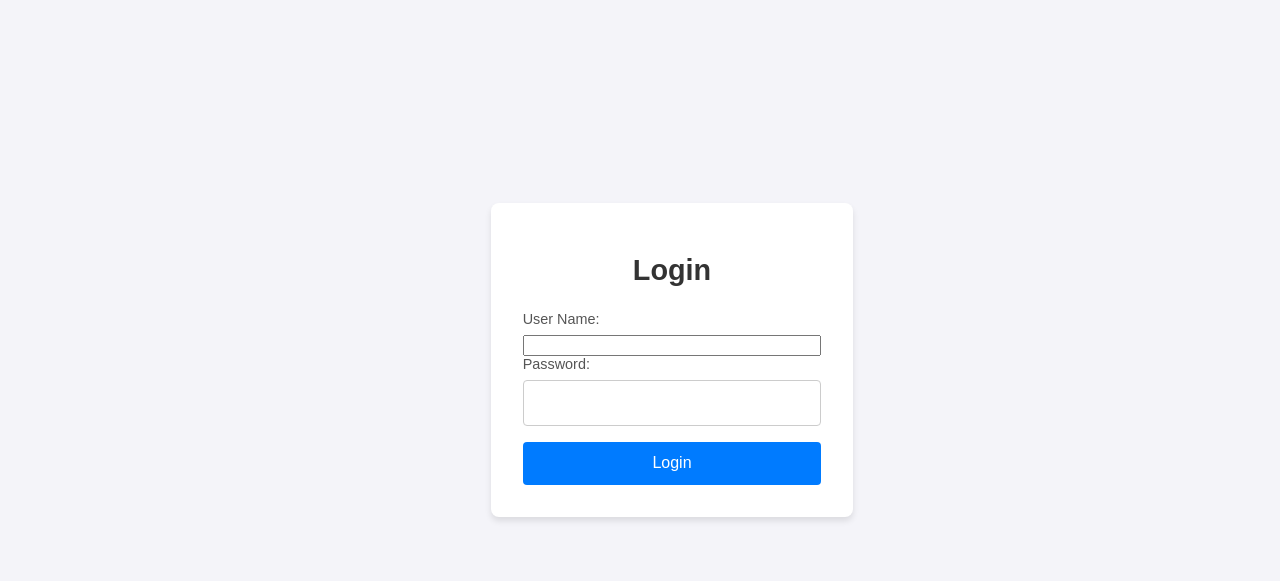
Repository: Nuttawut-Amattong/outtrip
Page: / (app in OutTrip/)
An editor plug-in stored every save of this project. The page is shown before and after a run of saves, followed by the edit.
The browser window is 1280 px wide. The pictures show the whole page.
The project was rebuilt for these pictures with package versions that can differ from the ones it lists, and the page was loaded fresh each time. Also part of the build but not shown: OutTrip/vite.config.js.

Above is the page before, as saved 2025-05-18 22:21:09.

### OutTrip/src/main.jsx
import { StrictMode } from 'react';
import { createRoot } from 'react-dom/client';
import { BrowserRouter, Routes, Route } from 'react-router-dom';
import Login from './pages/Login.jsx';

createRoot(document.getElementById('root')).render(
  <StrictMode>
    <BrowserRouter>
      <Routes>
        <Route path="/" element={<Login />} />
      </Routes>
    </BrowserRouter>
  </StrictMode>
);

### OutTrip/src/pages/Login.jsx
import { useState } from "react";
import '../CSS/login.css';

function Login() {
    const [user, setEmail] = useState("");
    const [password, setPassword] = useState("");

    const handleSubmit = (e) => {
        e.preventDefault();
        console.log("User:", user);
        console.log("Password:", password);
    };

    return (
        <div className="login-container">
            <h1>Login</h1>
            <form onSubmit={handleSubmit}>
                <label htmlFor="user">User Name:</label>
                <input
                    type="user"
                    id="user"
                    value={user}
                    onChange={(e) => setUser(e.target.value)}
                    required
                />
                <label htmlFor="password">Password:</label>
                <input
                    type="password"
                    id="password"
                    value={password}
                    onChange={(e) => setPassword(e.target.value)}
                    required
                />
                <button type="submit">Login</button>
            </form>
        </div>
    );
}

export default Login;

### OutTrip/src/CSS/login.css
body {
    font-family: Arial, sans-serif;
    margin: 0;
    padding: 0;
    background-color: #f4f4f9;
    display: flex;
    justify-content: center;
    align-items: center;
    height: 100vh;
}

.login-container {
    background-color: #ffffff;
    padding: 2rem;
    border-radius: 8px;
    box-shadow: 0 4px 6px rgba(0, 0, 0, 0.1);
    width: 100%;
    max-width: 400px;
}

.login-container h1 {
    font-size: 1.8rem;
    margin-bottom: 1.5rem;
    color: #333333;
    text-align: center;
}

.login-container form {
    display: flex;
    flex-direction: column;
}

.login-container label {
    font-size: 0.9rem;
    margin-bottom: 0.5rem;
    color: #555555;
}

.login-container input[type="text"],
.login-container input[type="email"],
.login-container input[type="password"] {
    padding: 0.8rem;
    margin-bottom: 1rem;
    border: 1px solid #cccccc;
    border-radius: 4px;
    font-size: 1rem;
}

.login-container input[type="text"]:focus,
.login-container input[type="email"]:focus,
.login-container input[type="password"]:focus {
    border-color: #007bff;
    outline: none;
}

.login-container button {
    padding: 0.8rem;
    background-color: #007bff;
    color: #ffffff;
    border: none;
    border-radius: 4px;
    font-size: 1rem;
    cursor: pointer;
    transition: background-color 0.3s ease;
}

.login-container button:hover {
    background-color: #0056b3;
}

.login-container .forgot-password {
    margin-top: 1rem;
    text-align: center;
}

.login-container .forgot-password a {
    color: #007bff;
    text-decoration: none;
    font-size: 0.9rem;
}

.login-container .forgot-password a:hover {
    text-decoration: underline;
}

Loaded but not shown: OutTrip/index.html (common file)

After the next 2 saves:
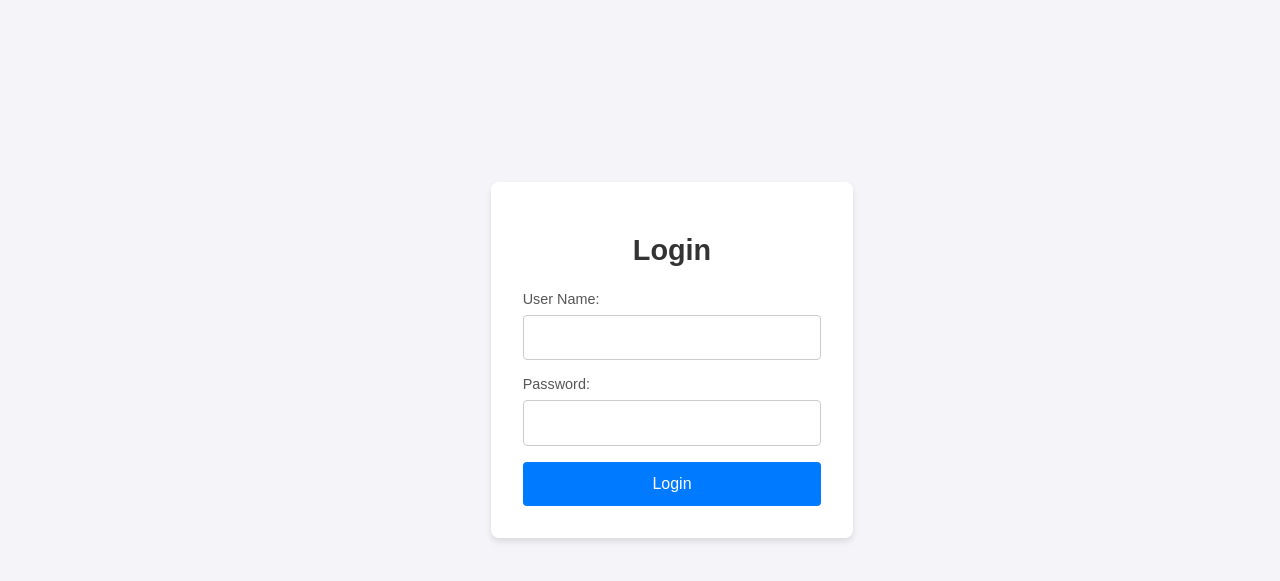
The 2 saves are shown as one change because they came seconds apart.
The last was saved 22 s later.
--- a/OutTrip/src/CSS/login.css
+++ b/OutTrip/src/CSS/login.css
@@ -37,7 +37,7 @@ body {
 }
 
 .login-container input[type="text"],
-.login-container input[type="email"],
+.login-container input[type="user"],
 .login-container input[type="password"] {
     padding: 0.8rem;
     margin-bottom: 1rem;
@@ -47,7 +47,7 @@ body {
 }
 
 .login-container input[type="text"]:focus,
-.login-container input[type="email"]:focus,
+.login-container input[type="userl"]:focus,
 .login-container input[type="password"]:focus {
     border-color: #007bff;
     outline: none;
